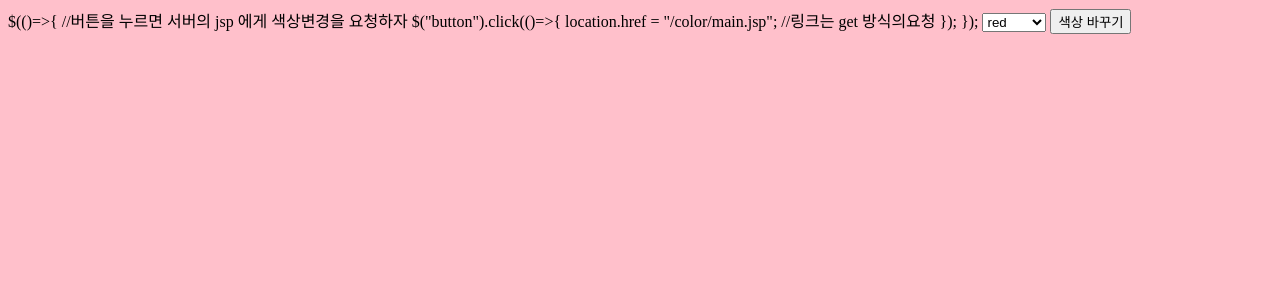
Repository: ABCchocolate/JSP_yooshin
Page: http://localhost/BoardApp/color/main.jsp
The author's editor kept a copy of each file at every save. The page is drawn from the files as they stood at one save, then again after the next save.
The browser window is 1280 px wide. The pictures show the whole page.
The page is served by Tomcat 9. Other server files are loaded and not shown.

Above is the page before, as saved 2025-07-02 05:44:19.

### BoardApp/src/main/webapp/color/main.jsp
<%@ page contentType="text/html; charset=UTF-8"%>

<!DOCTYPE html>
<html>
<head>
<script
	src="https://ajax.googleapis.com/ajax/libs/jquery/3.7.1/jquery.min.js"></script>
	<srcipt type = "text/javascript">
		$(()=>{
			//버튼을 누르면 서버의 jsp 에게 색상변경을 요청하자
			$("button").click(()=>{
				location.href = "/color/main.jsp"; //링크는 get 방식의요청
			});
		});
	</srcipt>
<meta charset="UTF-8">
<title>Insert title here</title>
</head>
<body bgcolor = "pink">
	<select>
		<option>red</option>
		<option>orange</option>
		<option>green</option>
		<option>blue</option>
	</select>

	<button>색상 바꾸기</button>
</body>
</html>

After the next save:
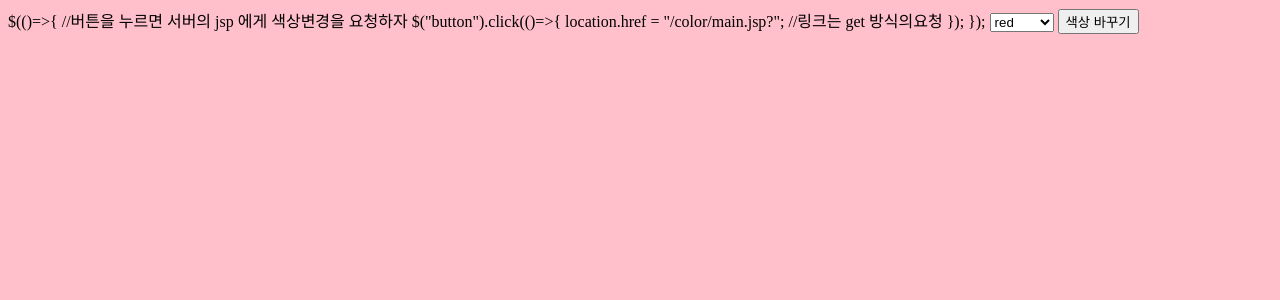
Saved 43 min 34 s later.
--- a/BoardApp/src/main/webapp/color/main.jsp
+++ b/BoardApp/src/main/webapp/color/main.jsp
@@ -9,7 +9,7 @@
 		$(()=>{
 			//버튼을 누르면 서버의 jsp 에게 색상변경을 요청하자
 			$("button").click(()=>{
-				location.href = "/color/main.jsp"; //링크는 get 방식의요청
+				location.href = "/color/main.jsp?"; //링크는 get 방식의요청
 			});
 		});
 	</srcipt>
